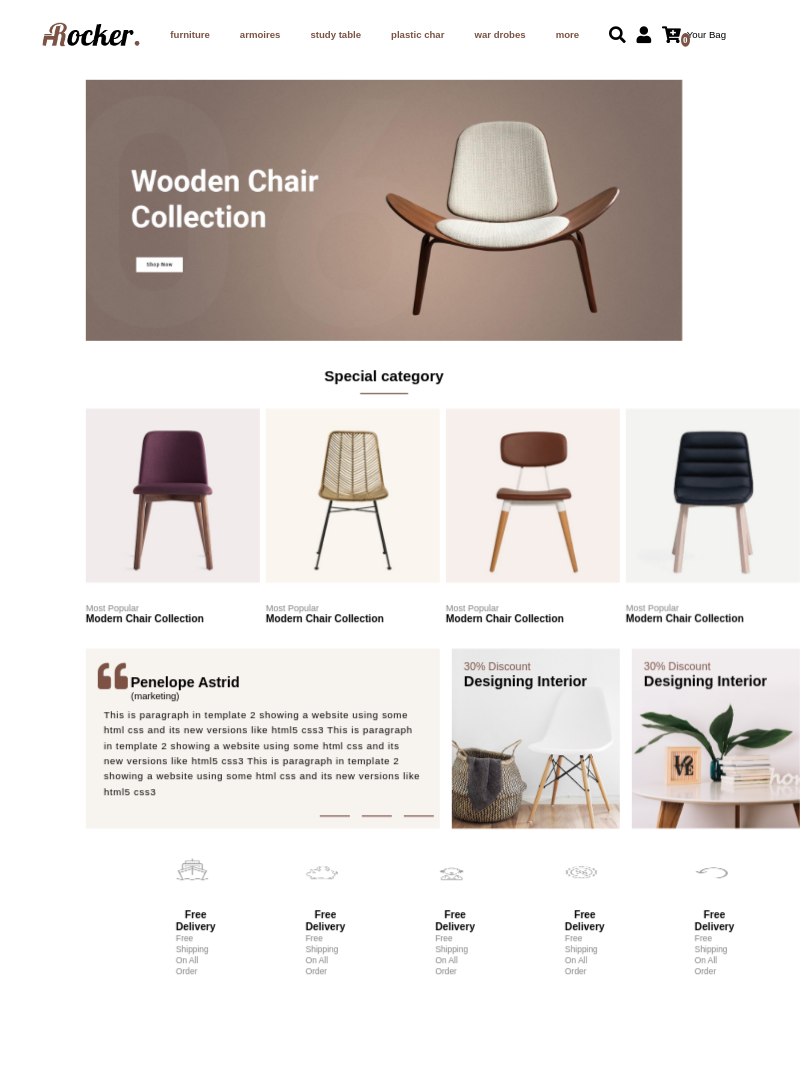
Repository: Ahmed123rezk123/p2-template
Page: index.html
These files come from the project's save history. The page is drawn as it stood at one moment and after a run of saves; the edit follows.
The browser window is 1280 px wide. The page is 1333 px wide, so the pictures cover 1333 px, including what lies to the right of the window. The pictures show the whole page, at 60% of full size.

Above is the page before, as saved 2024-01-24 22:36:10.

### index.html
<!DOCTYPE html>
<html lang="en">
<head>
   <meta charset="UTF-8">
    <title>Project2</title>
  <link rel="stylesheet" href="css/style.css">
  <link rel="stylesheet" href="css/all.css">
</head>
<body>
    <!-- Header -->
    <header>
        <div class="container">
        <div class="logo">
            <a href="#"><img src="images/logo.png" alt="LOGO"></a>
        </div>
        <nav>
            <ul>
                <li><a href="#" class="active">furniture</a></li>
                <li><a href="#">armoires</a></li>
                <li><a href="#">study table</a></li>
                <li><a href="#">plastic char</a></li>
                <li><a href="#">war drobes</a></li>
                <li><a href="#">more</a></li>
            </ul>
            <div class="icons">
            <i class="fas fa-search"></i>
            <i class="fas fa-user"></i>
            <i class="fas fa-cart-plus i3"></i>
            </div>
        <span>Your Bag</span>
        </nav>
        </div>
    </header>
    <!-- Start Section 1 -->
    <section class="section1">
        <div class="container">
            <img src="images/main-banner-1-1600x700.jpg" alt="">
        </div>
    </section>
    <!-- End Section 1 -->
    <!-- Start Section 2 -->
    <section class="section2">
        <div class="container">
            <div class="div">
            <h2 class="specail">Special category</h2>
            <div class="line"></div>
            </div>
           <div class="parent1">
            <div class="div1">
                <img src="images/category-banner1.jpg" alt="">
                <p>Most Popular</p>
            <h3>Modern Chair Collection</h3>
            </div>
            <div class="div2">
                <img src="images/category-banner2.jpg" alt="">
                <p>Most Popular</p>
                <h3>Modern Chair Collection</h3></div>
            <div class="div3">
                <img src="images/category-banner3.jpg" alt="">
                <p>Most Popular</p>
                <h3>Modern Chair Collection</h3>
            </div>
            <div class="div4">
                <img src="images/category-banner4.jpg" alt="">
                <p>Most Popular</p>
                <h3>Modern Chair Collection</h3>
            </div>
            <div class="div5">
                <i class="fas fa-quote-left comma"></i>
                <h2>Penelope Astrid</h2>
                <span>(marketing)</span>
                <p>This is paragraph in template 2 showing a website using some html css and its new versions like html5 css3 This is paragraph in template 2 showing a website using some html css and its new versions like html5 css3 This is paragraph in template 2 showing a website using some html css and its new versions like html5 css3</p>
                <div class="child"></div>
            </div>
            <div class="div6"></div>
            <div class="div7">
                <p>30% Discount</p>
                <h2>Designing Interior</h2>
            </div>
            <div class="div8">
                <p>30% Discount</p>
                <h2>Designing Interior</h2>
            </div>
            <div class="parent2">
                <div class="div1-1">
                    <img src="images/icon1-1.png" alt="">
                    <h3>Free Delivery</h3>
                    <span>Free Shipping On All Order</span>
                </div>
                <div class="div2-1">
                    <img src="images/icon2-1.png" alt="">
                    <h3>Free Delivery</h3>
                    <span>Free Shipping On All Order</span>
                </div>
                <div class="div3-1">
                    <img src="images/icon3-1.png" alt="">
                    <h3>Free Delivery</h3>
                    <span>Free Shipping On All Order</span>
                </div>
                <div class="div4-1">
                    <img src="images/icon4-1.png" alt="">
                    <h3>Free Delivery</h3>
                    <span>Free Shipping On All Order</span>
                </div>
                <div class="div5-1">
                    <img src="images/icon5-1.png" alt="">
                    <h3>Free Delivery</h3>
                    <span>Free Shipping On All Order</span>
                </div>
            </div>
           </div>
        </div>
    </section>
    <!-- End Section 2 -->
</body>
</html>

### css/style.css
/* Start variables */
:root {
    --maincolor: #7b5244;
    --subcolor: #333;
}
/* End variables */
/* Start Global Rules   */
* {
    -webkit-box-sizing: border-box;
    -moz-box-sizing: border-box;
    box-sizing: border-box;
   padding: 0;
   margin: 0;
}
body {
    font-family: Arial, Helvetica, sans-serif;
    perspective: 700px;
    transform-style: preserve-3d;
}
html {
    scroll-behavior: smooth;
}
ul {
    list-style: none;
}
.container {
    width: 80%;
    padding-left: 15px;
    padding-right: 15px;
    margin-left: auto;
    margin-right: auto;
}

/* Small */

@media(min-width: 768px) {
    .container {
       width: 750px;
    }
}

/* Medium */

@media(min-width: 992px) {
    .container {
        width: 970px;
    }
}

/* Large  */

@media(min-width: 1200px) {
    .container {
        width: 1170px;
    }
}
/* End Global Rules   */
/* Start Header */
header .container {
    display: flex;
    justify-content: space-between;
    align-items: center;
    position: relative;
    min-height: 97px;
 }
 header nav {
    flex: 1;
    display: flex;
    align-items: center;
    justify-content: flex-end;
}
 header nav ul {
    display: flex;

}
header nav ul li a {

    display: block;
    color: var(--maincolor);
    text-decoration: none;
    font-size: 16px;
    font-weight: bold;
    padding: 50px 0px;
    margin-right: 50px;
}

/* header nav ul li a:hover::before{
content: "";
position: absolute;
border-left: 2px solid var(--maincolor);
border-right: 2px solid var(--maincolor);
width: 60px;
height: 35px;

}  */
header nav .icons {
    font-weight: bold;
    font-size: 28px;
   word-spacing: 10px;
   margin-right: 10px;
}
header nav .icons .i3::after {
    position: absolute;
    content: "0";
    background-color: #7b5244;
    color: #fff;
    padding: 4px;
    border-radius: 50%;
    font-size: 15px;
    bottom: 40px;
    right: 75px;

}
/* End Header */


/* Start section 1 */
.section1 .container {
    width: 80%;
    position: relative;
    margin-top: 15px;
    margin-bottom: 40px;
    margin-left: auto;
    margin-right: auto;

}
.section1 .container img{
 width: 100%;
}
/* End section 1 */


/* Start Section 2 */
.section2 .container {
    width: 80%;
    position: relative;
}
.section2 .container .div {
    margin: 40px auto;
}
.section2 .container .specail {
    text-align: center;
    font-size: 25px;
}
.section2 .container .line {
 position: relative;
}
.section2 .container .line::before {
    content: "";
    position: absolute;
    width: 8%;
    height: 2px;
    background-color: var(--maincolor);
    top: 50%;
    left: 50%;
    transform: translate(-50%,-50%);
    margin: 15px 0;
    transition: .5s;
}
.section2 .container .div:hover  .line::before {
    content: "";
    position: absolute;
    width: 13%;
    height: 2px;
    background-color: var(--maincolor);
    top: 50%;
    left: 50%;
    transform: translate(-50%,-50%);
    margin: 15px 0;
}
.section2 .container .parent1 {
    width: 80%;
    display: grid;
    grid-template-columns: 200px 200px 200px 200px;
    grid-template-rows: 250px 250px;
   grid-gap: 150px 100px;
}
.section2 .container .parent1 img {
    width: 290px ;
    height: 290px;
    margin-bottom: 30px;
}
.section2 .container .parent1 p {
    color: gray;
    font-size: 15px;
}
.section2 .container .parent1 h3 {
    font-size: 17px;
}
.section2 .container .parent1 .div1,
.section2 .container .parent1 .div2,
.section2 .container .parent1 .div3,
.section2 .container .parent1 .div4 {
    position: relative;
}
.section2 .container .parent1 .div1:hover::before {
position: absolute;
content: " > ";
width: 30px;
height: 30px;
background-color: brown;
color: white;
text-align: center;
font-size: 25px;
top: 330px;
left: 260px;
}
.section2 .container .parent1 .div2:hover::before {
    position: absolute;
    content: " > ";
    width: 30px;
    height: 30px;
    background-color: brown;
    color: white;
    text-align: center;
    font-size: 25px;
    top: 330px;
    left: 260px;
}
.section2 .container .parent1 .div3:hover::before {
    position: absolute;
    content: " > ";
    width: 30px;
    height: 30px;
    background-color: brown;
    color: white;
    text-align: center;
    font-size: 25px;
    top: 330px;
    left: 260px;
    }
.section2 .container .parent1 .div4:hover::before {
    position: absolute;
    content: " > ";
    width: 30px;
    height: 30px;
    background-color: brown;
    color: white;
    text-align: center;
    font-size: 25px;
    top: 330px;
    left: 260px;
    }
    .section2 .container .parent1 .div5 {
        width: 590px;
        height: 300px;
        position: relative;
        background-color: #f7f3ef;
        padding: 20px;
        grid-column: 1 / 3;
        grid-row: 2 / 3;
    }
    .section2 .container .parent1 .div5 .comma {
       font-size: 50px;
       color: var(--maincolor);
    }
    .section2 .container .parent1 .div5 h2 {
        display: inline-flex;
    }
    .section2 .container .parent1 .div5 span {
        display: block;
        margin-left: 55px;
    }
    .section2 .container .parent1 .div5 p {
        margin: 10px;
        color: black;
        font-size: 16px;
        line-height: 1.6;
        letter-spacing: 1.1px;
    }
    .section2 .container .parent1 .div5::before {
        content: "";
        position: absolute;
        width: 50px;
        height: 2px;
        background-color: var(--maincolor);
        bottom: 20px;
        right: 10px;

    }
    .section2 .container .parent1 .div5::after {
        content: "";
        position: absolute;
        width: 50px;
        height: 2px;
        background-color: var(--maincolor);
        bottom: 20px;
        right: 80px;

    }
    .section2 .container .parent1 .div5 .child::before {
        content: "";
        position: absolute;
        width: 50px;
        height: 2px;
        background-color: var(--maincolor);
        bottom: 20px;
        right: 150px;

    }
    .section2 .container .parent1 .div7 {
        width: 280px;
        height: 300px;
        position: relative;
        background-image: url(../images/cms-banner-1.jpg);
        background-size: cover;
        margin-left: 10px;
        grid-column: 3 / 4;
        grid-row: 2 / 4;
        transition: .5s;
    }

    .section2 .container .parent1 .div8 {
        width: 280px;
        height: 300px;
        position: relative;
        background-image: url(../images/cms-banner-2.jpg);
        background-size: cover;
        margin-left: 10px;
        grid-column: 4 / 5;
        grid-row: 2 / 5;
        transition: .5s;
    }
    .section2 .container .parent1 .div7 p,
    .section2 .container .parent1 .div8 p {
        padding-left: 20px;
        padding-top: 20px;
        font-size: 18px;
        color: var(--maincolor);
    }
    .section2 .container .parent1 .div7 h2,
    .section2 .container .parent1 .div8 h2 {
        padding-left: 20px;
    }
    .section2 .container .parent1 .div7:hover,
    .section2 .container .parent1 .div8:hover
    {
        /* width: 280px;
        height: 300px; */
        transform: scale( 1.1 , 1.1 );
    }
    .section2 .container .parent1 .parent2 {
        position: relative;
        display: flex;
        justify-content: space-between;
        margin-top: -50px;
        margin-left: -150px;
    }

    .section2 .container .parent1 .parent2 .div1-1 {
        margin-right: 150px;
     }
    .section2 .container .parent1 .parent2 .div1-1 .content-div1 {


    }
    .section2 .container .parent1 .parent2 .div2-1 {
        margin-right: 150px;
     }
    .section2 .container .parent1 .parent2 .div2-1 .content-div2 {


    }
    .section2 .container .parent1 .parent2 .div3-1 {
        margin-right: 150px;
     }
    .section2 .container .parent1 .parent2 .div3-1 .content-div3 {


    }
    .section2 .container .parent1 .parent2 .div4-1 {
        margin-right: 150px;
     }
    .section2 .container .parent1 .parent2 .div4-1 .content-div4 {


    }
    .section2 .container .parent1 .parent2 .div5-1 {
        margin-right: 150px;
     }
    .section2 .container .parent1 .parent2 .div5-1 .content-div5 {


    }
    .section2 .container .parent1 .parent2 .div1-1 h3,
    .section2 .container .parent1 .parent2 .div2-1 h3,
    .section2 .container .parent1 .parent2 .div3-1 h3,
    .section2 .container .parent1 .parent2 .div4-1 h3,
    .section2 .container .parent1 .parent2 .div5-1 h3 {
        text-align: center;
    }
    .section2 .container .parent1 .parent2 .div1-1 span ,
    .section2 .container .parent1 .parent2 .div2-1 span ,
    .section2 .container .parent1 .parent2 .div3-1 span  ,
    .section2 .container .parent1 .parent2 .div4-1 span ,
    .section2 .container .parent1 .parent2 .div5-1 span  {
        color: gray;
        font-size: 14px;
    }
    .section2 .container .parent1 .parent2 img {
        width: 55px;
        height: 50px;
    }

/* End Section 2 */

Loaded but not shown: css/all.css (library)

After the next 4 saves:
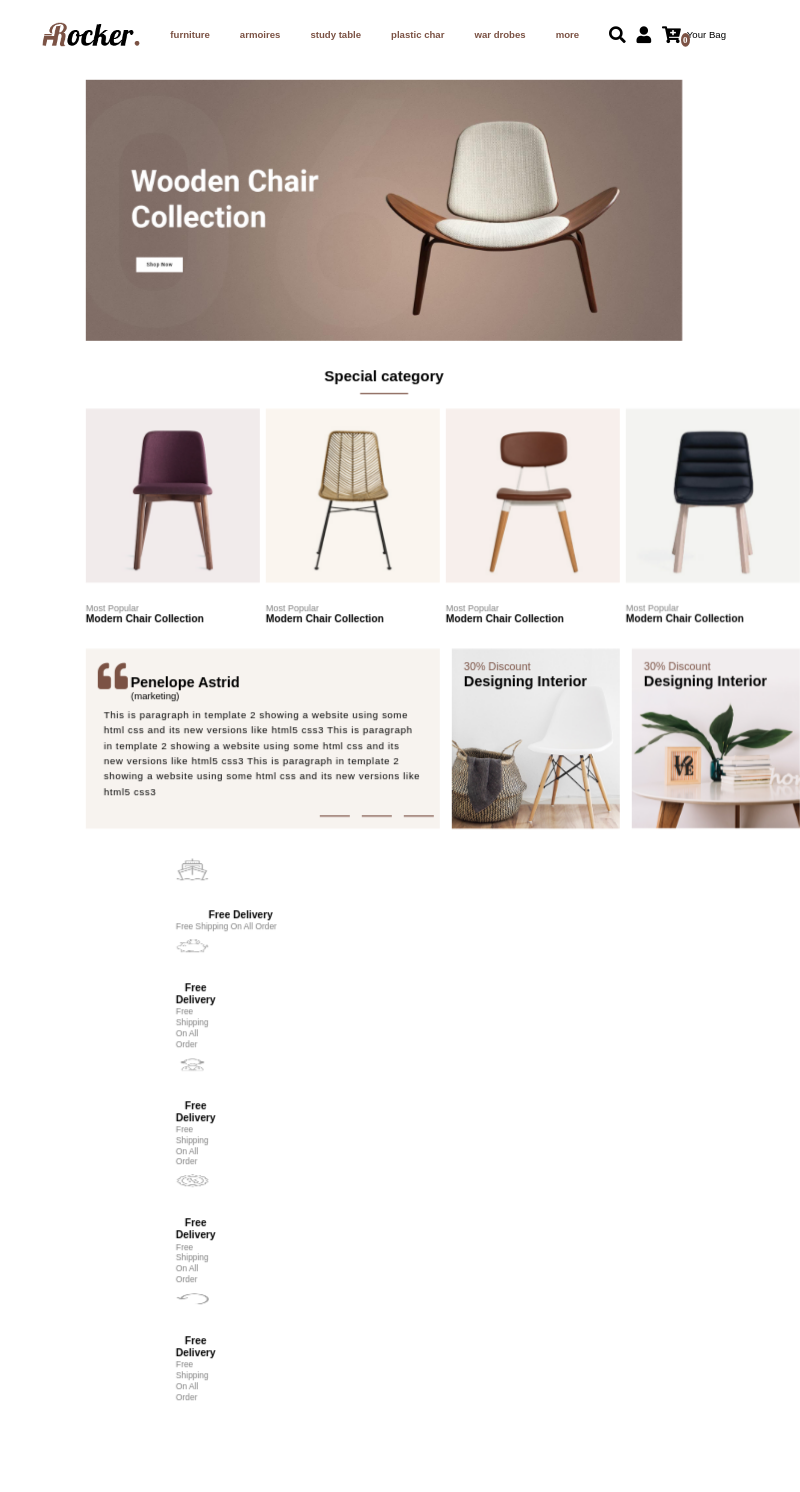
The 4 saves are shown as one change because they came seconds apart.
The last was saved 26 s later.
--- a/index.html
+++ b/index.html
@@ -84,8 +84,10 @@
             <div class="parent2">
                 <div class="div1-1">
                     <img src="images/icon1-1.png" alt="">
+                    <div class="content-div1">
                     <h3>Free Delivery</h3>
                     <span>Free Shipping On All Order</span>
+
                 </div>
                 <div class="div2-1">
                     <img src="images/icon2-1.png" alt="">

After the save that followed:
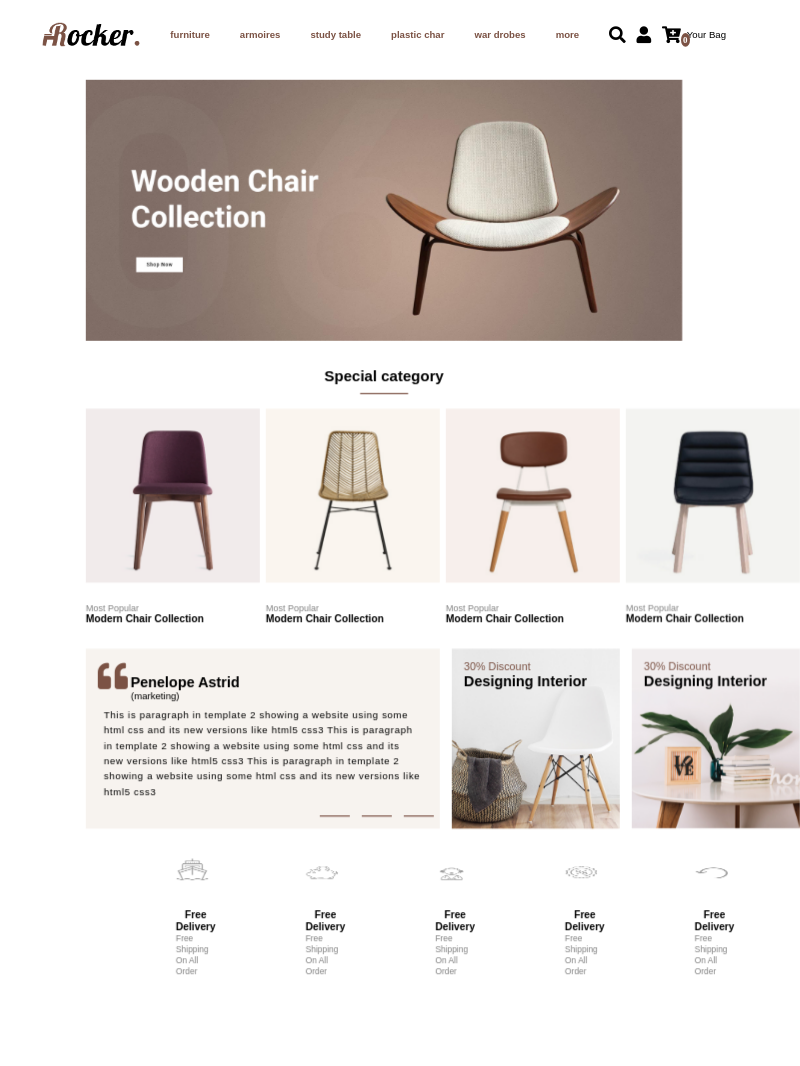
Saved 4 s later.
--- a/index.html
+++ b/index.html
@@ -87,7 +87,7 @@
                     <div class="content-div1">
                     <h3>Free Delivery</h3>
                     <span>Free Shipping On All Order</span>
-
+                </div>
                 </div>
                 <div class="div2-1">
                     <img src="images/icon2-1.png" alt="">
